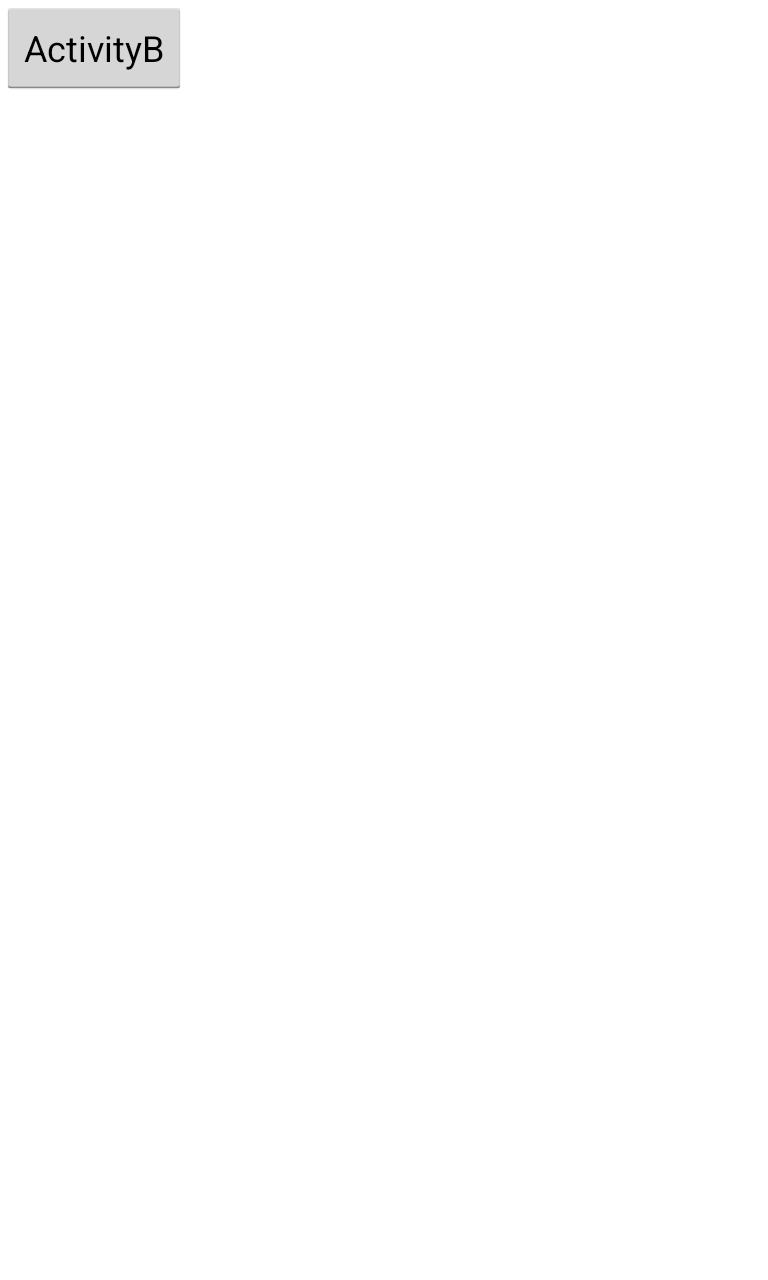
Repository: iracom/ejercicios-android
Layout: CicloDeVida/res/layout/activity_main.xml
An editor plug-in stored every save of this project. The layout is shown before and after the next save, followed by the edit.
It is drawn on a 768 x 1280 px phone screen (xhdpi) without system bars, with theme AppTheme; the app's code is not run.

Above is the layout before, as saved 2014-05-06 07:56:40.

### CicloDeVida/res/layout/activity_main.xml
<LinearLayout xmlns:android="http://schemas.android.com/apk/res/android"
    xmlns:tools="http://schemas.android.com/tools"
    android:id="@+id/container"
    android:layout_width="match_parent"
    android:layout_height="match_parent"
    android:orientation="vertical"
    tools:context="com.iraitzcompains.ciclodevida.MainActivity"
    tools:ignore="MergeRootFrame" >

    <Button
        android:id="@+id/button1"
        android:layout_width="wrap_content"
        android:layout_height="wrap_content"
        android:text="@string/boton_b" />

</LinearLayout>

### CicloDeVida/res/values/strings.xml
<?xml version="1.0" encoding="utf-8"?>
<resources>

    <string name="app_name">CicloDeVida</string>
    <string name="hello_world">Hello world!</string>
    <string name="action_settings">Settings</string>
    <string name="title_activity_activity_b">ActivityB</string>
    <string name="boton_a">ActivityA</string>
    <string name="boton_b">ActivityB</string>
    <string name="boton_c">ActivityC</string>
    <string name="boton_cerrar">Cerrar</string>

</resources>

Loaded but not shown: CicloDeVida/res/values/styles.xml (common file); CicloDeVida/res/values-v11/styles.xml (common file); CicloDeVida/res/values-v14/styles.xml (common file)

After the next save:
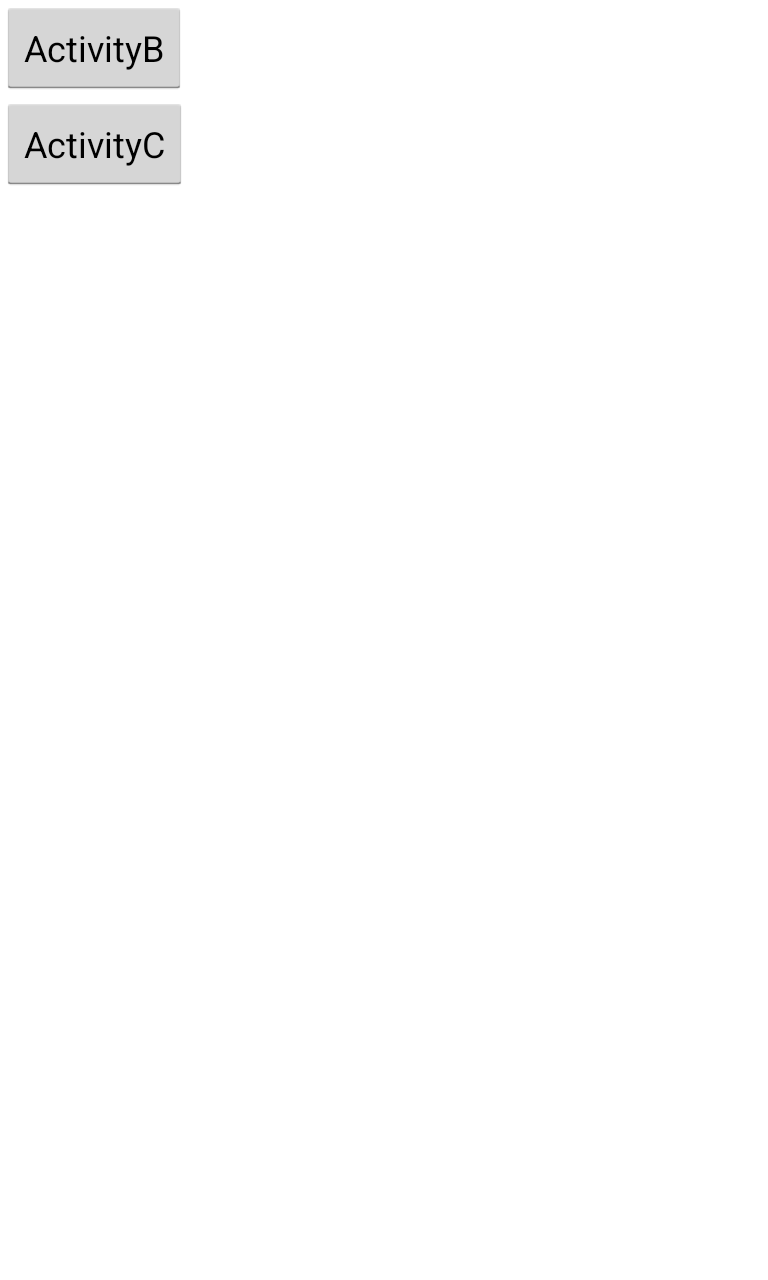
Saved 30 s later.
--- a/CicloDeVida/res/layout/activity_main.xml
+++ b/CicloDeVida/res/layout/activity_main.xml
@@ -13,4 +13,10 @@
         android:layout_height="wrap_content"
         android:text="@string/boton_b" />
 
+    <Button
+        android:id="@+id/button2"
+        android:layout_width="wrap_content"
+        android:layout_height="wrap_content"
+        android:text="@string/boton_c" />
+
 </LinearLayout>
